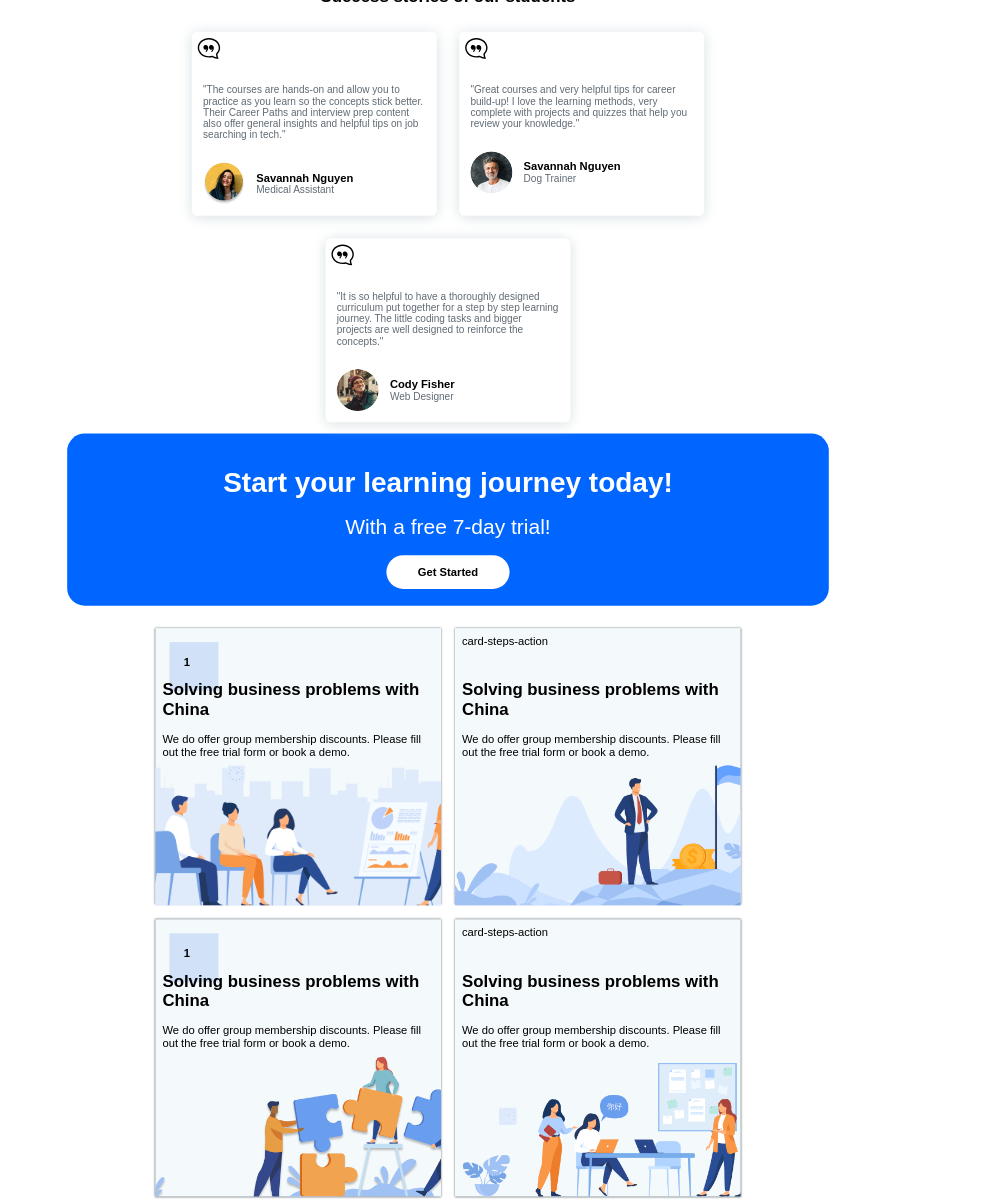
Repository: BinhIT/ChineseLearn
Page: index.html
The author's editor kept a copy of each file at every save. The page is drawn from the files as they stood at one save, then again after the next save.
The browser window is 1280 px wide. The page is 1436 px wide, so the pictures cover 1436 px, including what lies to the right of the window. The pictures show the part of the page from y = 1975 to 3695 px (the page is 3695 px tall), at 70% of full size.

Above is the page before, as saved 2023-03-02 07:48:52.
Console error: ReferenceError: $ is not defined

After the next save:
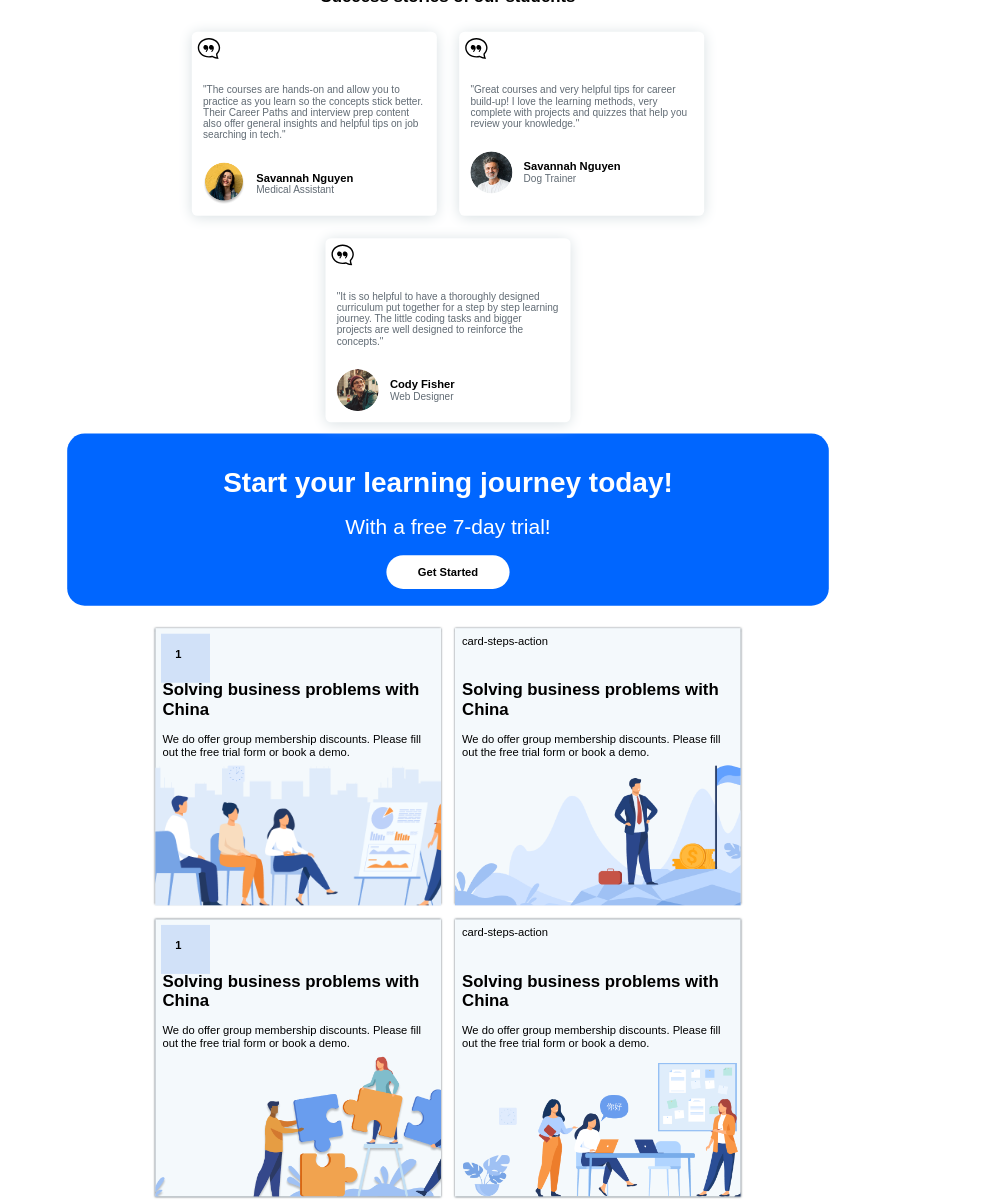
Saved 8 s later.
--- a/css/4step.css
+++ b/css/4step.css
@@ -39,7 +39,7 @@
 
 .step-number {
     background-color: #D1E1F8;
-    margin: 5% 5%;
+    margin: 2% 2%;
     width: 50px;
     height: 50px;
 }

After the save that followed:
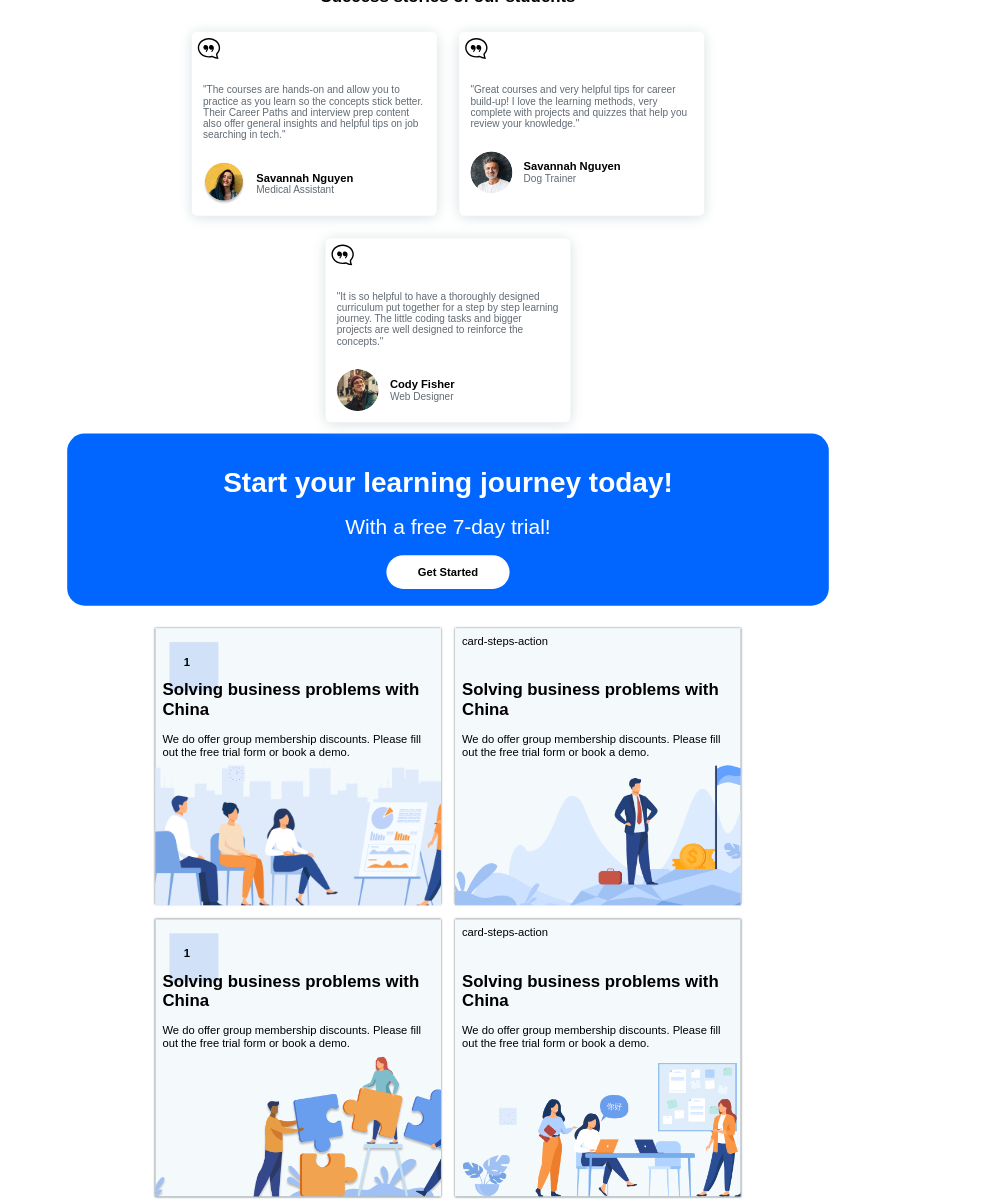
Saved 20 s later.
--- a/css/4step.css
+++ b/css/4step.css
@@ -39,7 +39,7 @@
 
 .step-number {
     background-color: #D1E1F8;
-    margin: 2% 2%;
+    margin: 5% 5%;
     width: 50px;
     height: 50px;
 }
